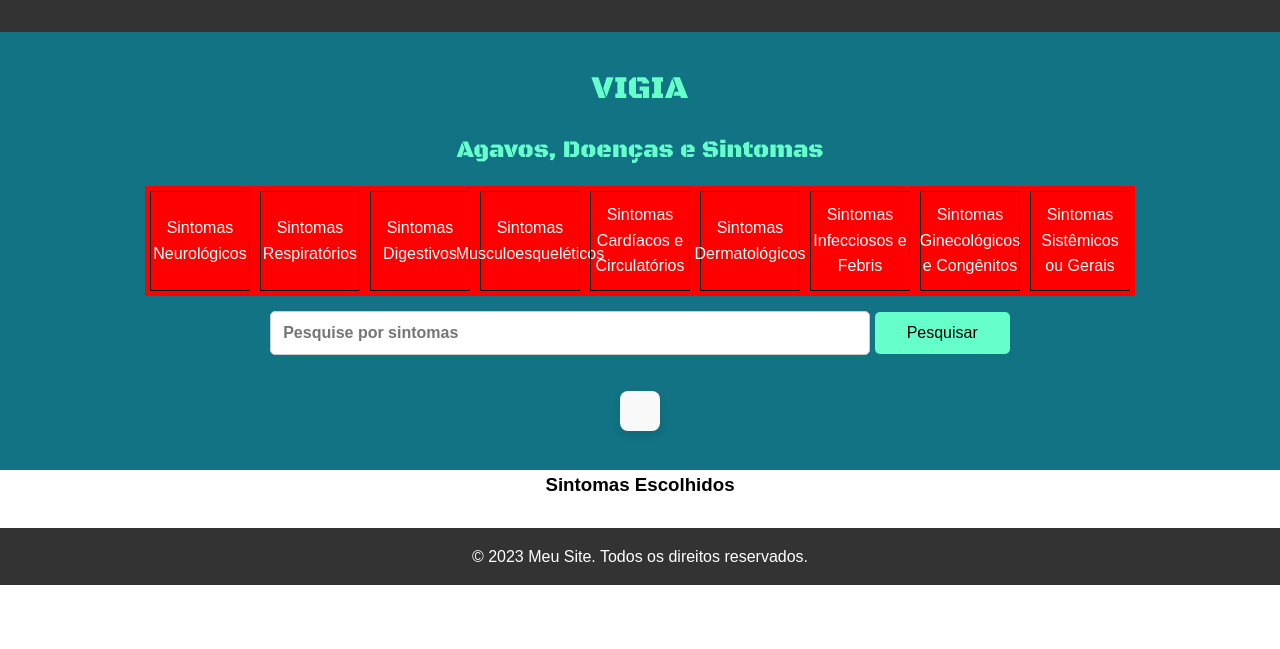
Repository: br-on/vigia
Page: index.html
These files come from the project's save history. The page is drawn as it stood at one moment and after the next save; the edit follows.
The browser window is 1280 px wide. The pictures show the whole page.
The pointer rests on the first visible `.grupo-sintoma`.
Some web fonts or font styles are not loaded; a fallback is used.

Above is the page before, as saved 2024-09-15 14:11:03.

After the next save:
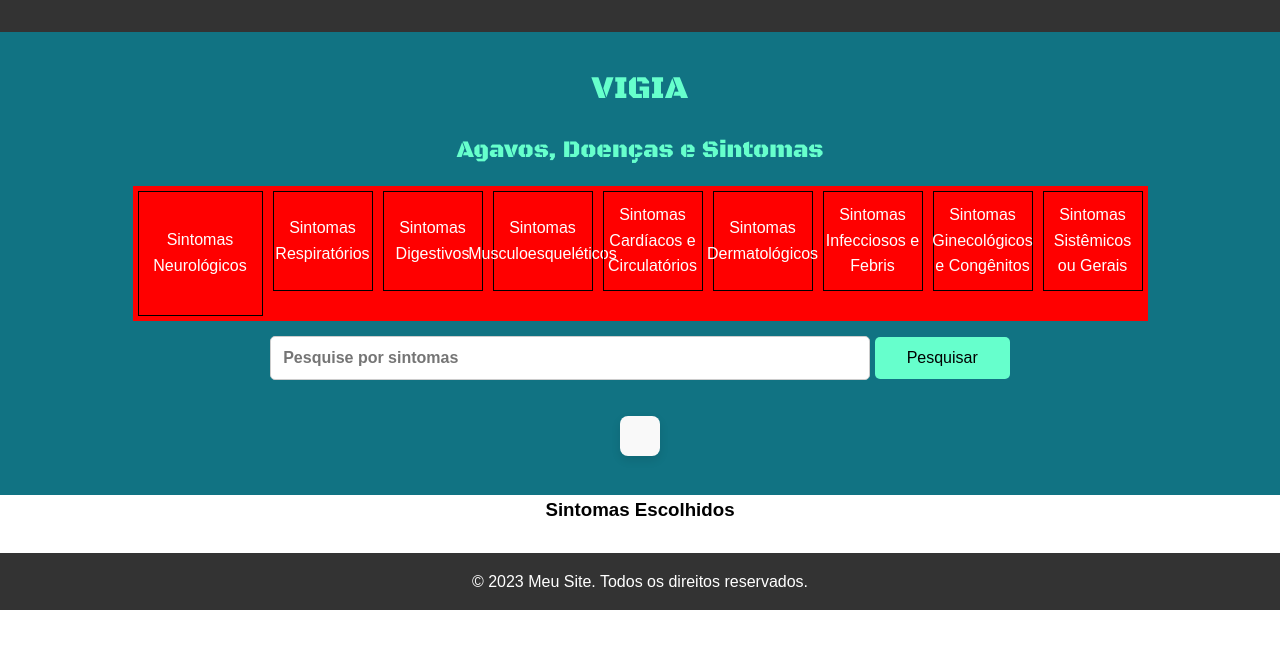
Saved 57 s later.
--- a/assets/style/style.css
+++ b/assets/style/style.css
@@ -273,3 +273,8 @@ footer {
     width: 100px;
     height: 100px;
 }
+
+.grupo-sintoma:hover {
+    height: 125px;
+    width: 125px;
+}
